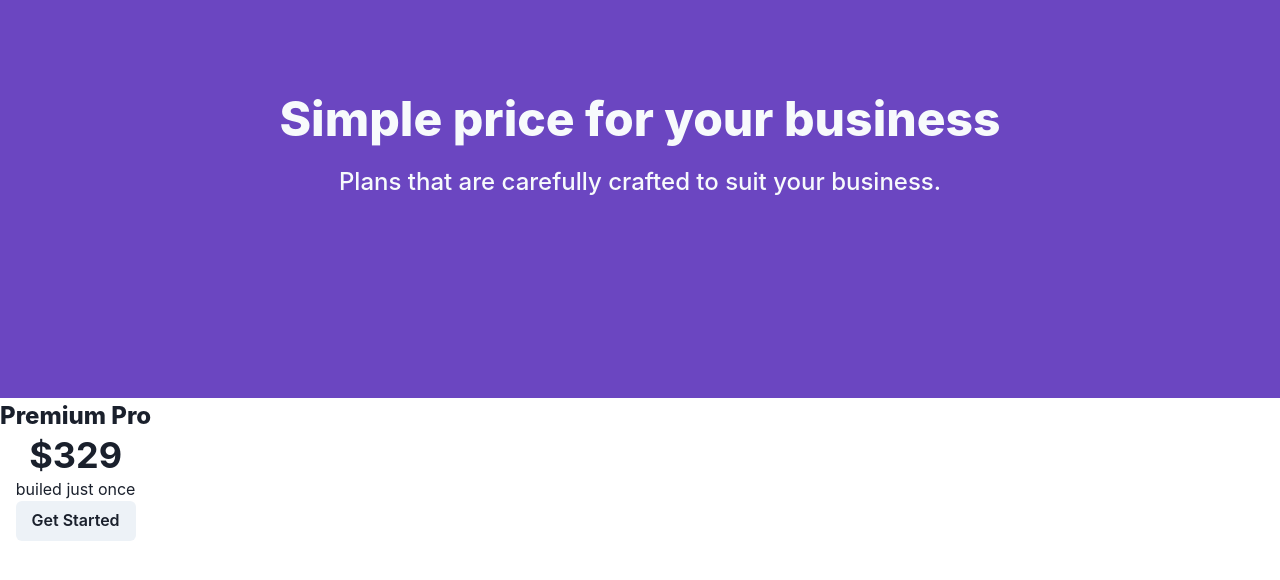
Repository: noutijo/learn-in-depth-chakra-ui
Page: /
The author's editor kept a copy of each file at every save. The page is drawn from the files as they stood at one save, then again after the next save.
The browser window is 1280 px wide. The pictures show the whole page.
The project was rebuilt for these pictures with package versions that can differ from the ones it lists, and the page was loaded fresh each time. Also part of the build but not shown: vite.config.ts.

Above is the page before, as saved 2023-01-30 15:35:47.

After the next save:
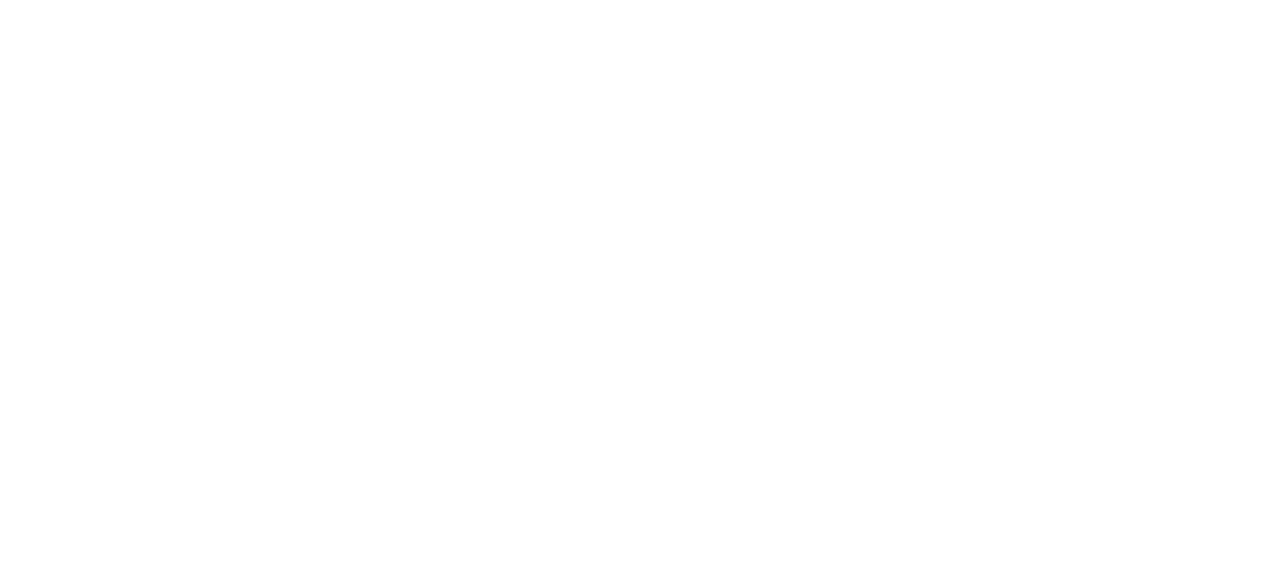
Console error (its wording comes from the project's code and is left out).
Saved 19 s later.
--- a/src/components/Pricing.tsx
+++ b/src/components/Pricing.tsx
@@ -7,7 +7,7 @@
       <Flex>
         <Box>
             <Text fontSize="24px" fontWeight="800">Premium Pro</Text>
-            <Heading>$329</Heading>
+            <Heading as="24px" fontWeight="800">$329</Heading>
             <Text>builed just once</Text>
             <Button>Get Started</Button>
         </Box>

After the save that followed:
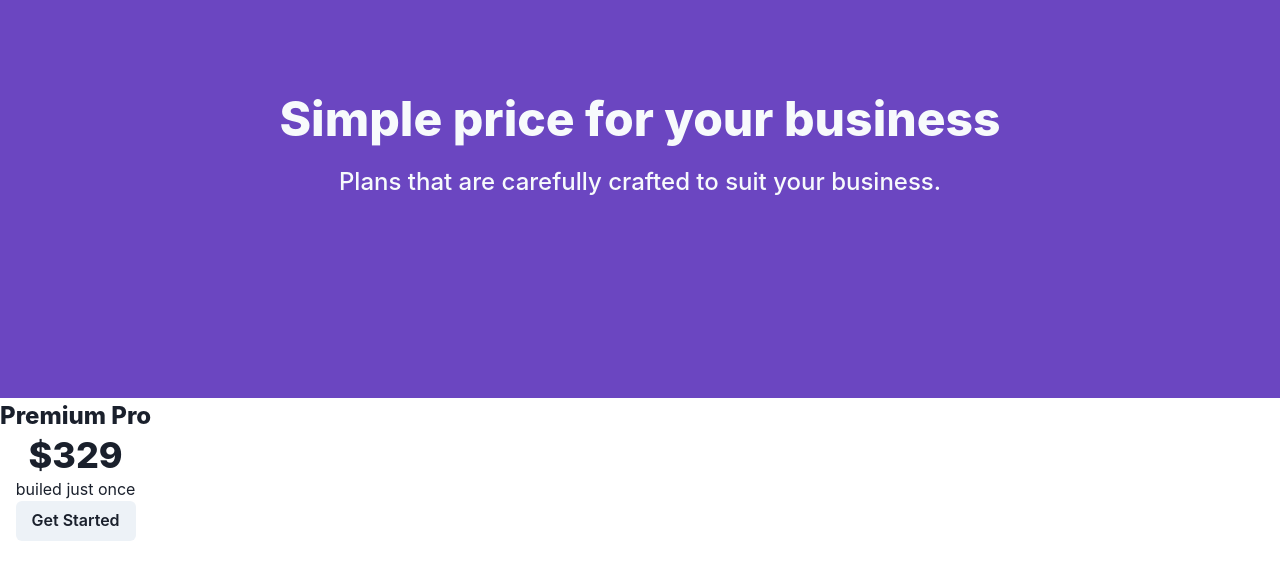
The error is gone.
Saved 5 s later.
--- a/src/components/Pricing.tsx
+++ b/src/components/Pricing.tsx
@@ -7,7 +7,7 @@
       <Flex>
         <Box>
             <Text fontSize="24px" fontWeight="800">Premium Pro</Text>
-            <Heading as="24px" fontWeight="800">$329</Heading>
+            <Heading as="h3" fontWeight="800">$329</Heading>
             <Text>builed just once</Text>
             <Button>Get Started</Button>
         </Box>
